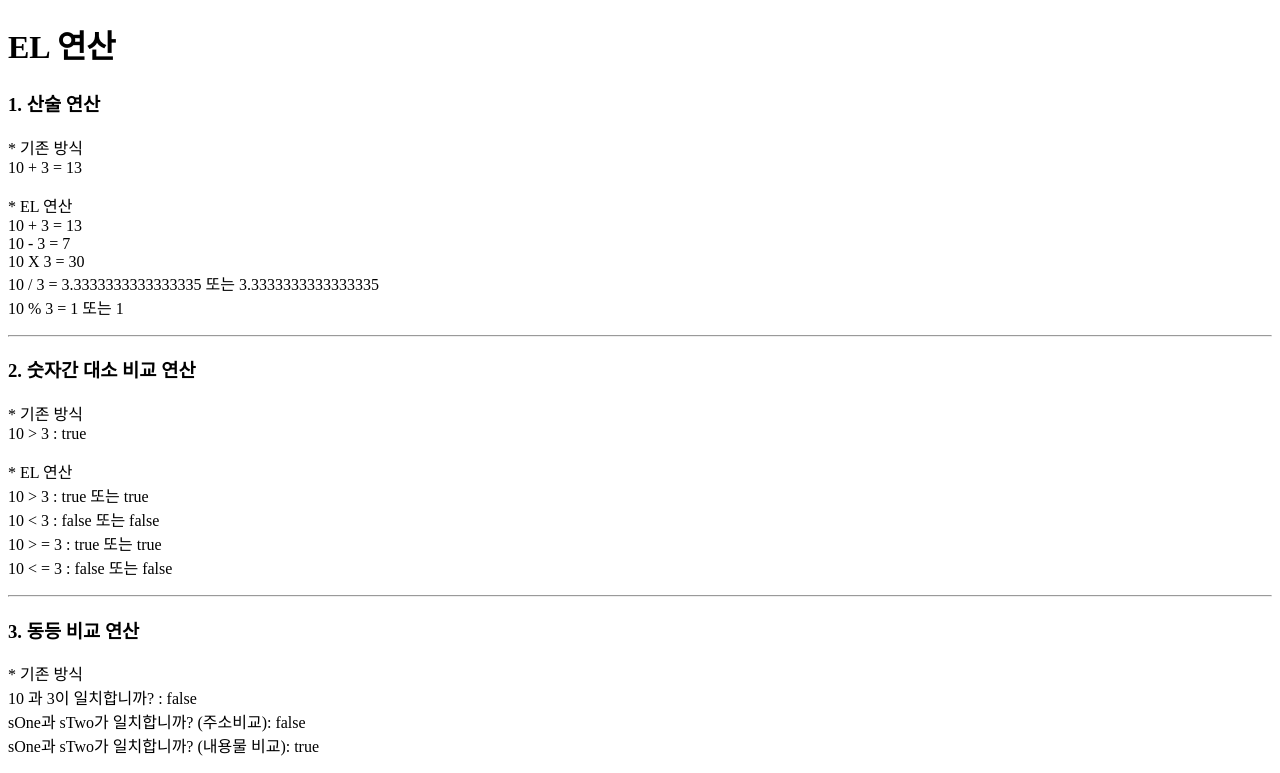
Repository: DonghwanSon1/ajax-jsp-study
Page: http://localhost/ActionProject/operation.do
An editor plug-in stored every save of this project. The page is shown before and after the next save, followed by the edit.
The browser window is 1280 px wide. The pictures show the whole page.
The page is served by Tomcat 9.

Above is the page before, as saved 2022-07-12 02:45:54.

After the next save:
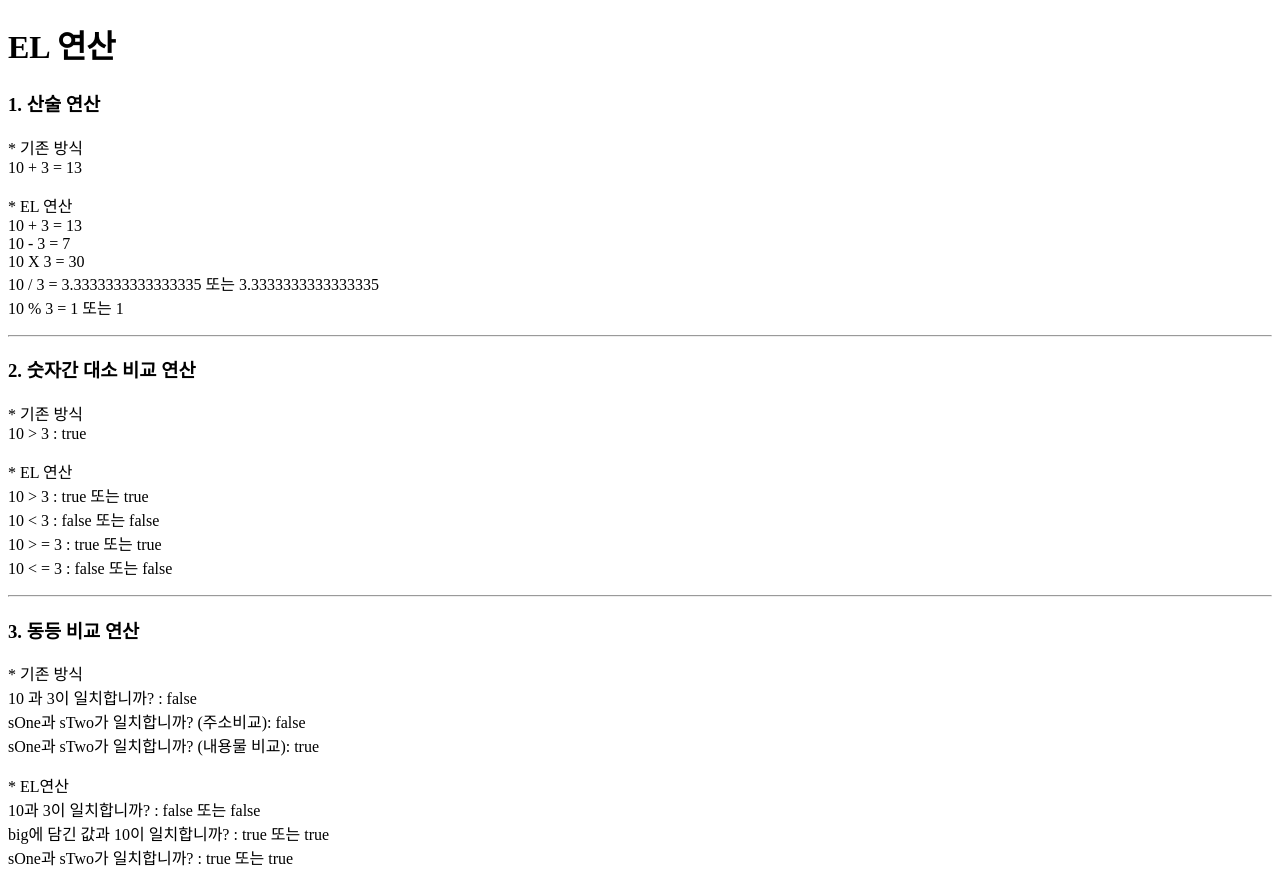
Saved 2 min 41 s later.
--- a/ActionProject/WebContent/views/1_EL/01_elOperation.jsp
+++ b/ActionProject/WebContent/views/1_EL/01_elOperation.jsp
@@ -59,6 +59,12 @@
 		<%= ((String)request.getAttribute("sOne")).equals((String)request.getAttribute("sTwo")) %> <br>
 	</p>
 
+	<p>
+		* EL연산 <br>
+		10과 3이 일치합니까? : ${ big == small } 또는 ${ big eq small } <br>
+		big에 담긴 값과 10이 일치합니까? : ${ big == 10 } 또는 ${ big eq 10 } <br>
+		sOne과 sTwo가 일치합니까? : ${ sOne == sTwo } 또는 ${ sOne eq sTwo } <br>
+	</p>
 
 
 
